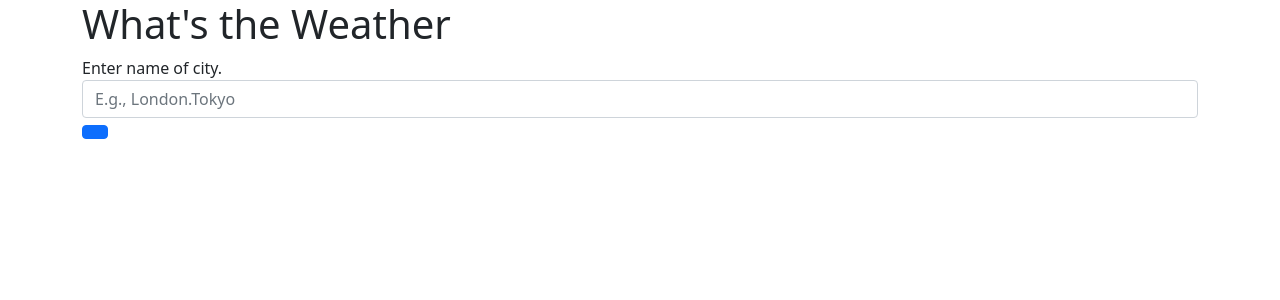
Repository: shanu4182/phpprojectgh
Page: http://localhost/ws.php
An editor plug-in stored every save of this project. The page is shown before and after a run of saves, followed by the edit.
The browser window is 1280 px wide. The pictures show the whole page.
The page is run by PHP 8.4 with error messages shown; the project is at /var/www/html/.

Above is the page before, as saved 2022-12-15 15:25:19.

After the next 3 saves:
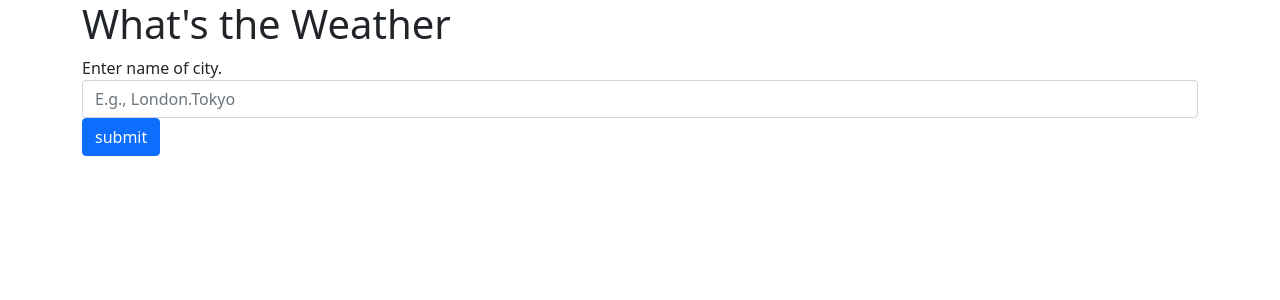
The 3 saves are shown as one change because they came seconds apart.
The last was saved 11 s later.
--- a/ws.php
+++ b/ws.php
@@ -19,7 +19,7 @@
         <input type="text" class="form-control"
         name="city" id="city" placeholder="E.g., London.Tokyo">
     </fieldset>
-    <button type="submit" class="btn btn-primary"
+    <button type="submit" class="btn btn-primary">submit</button>
     </form>
     </div> <!--  end of clss container -->
 </body>
